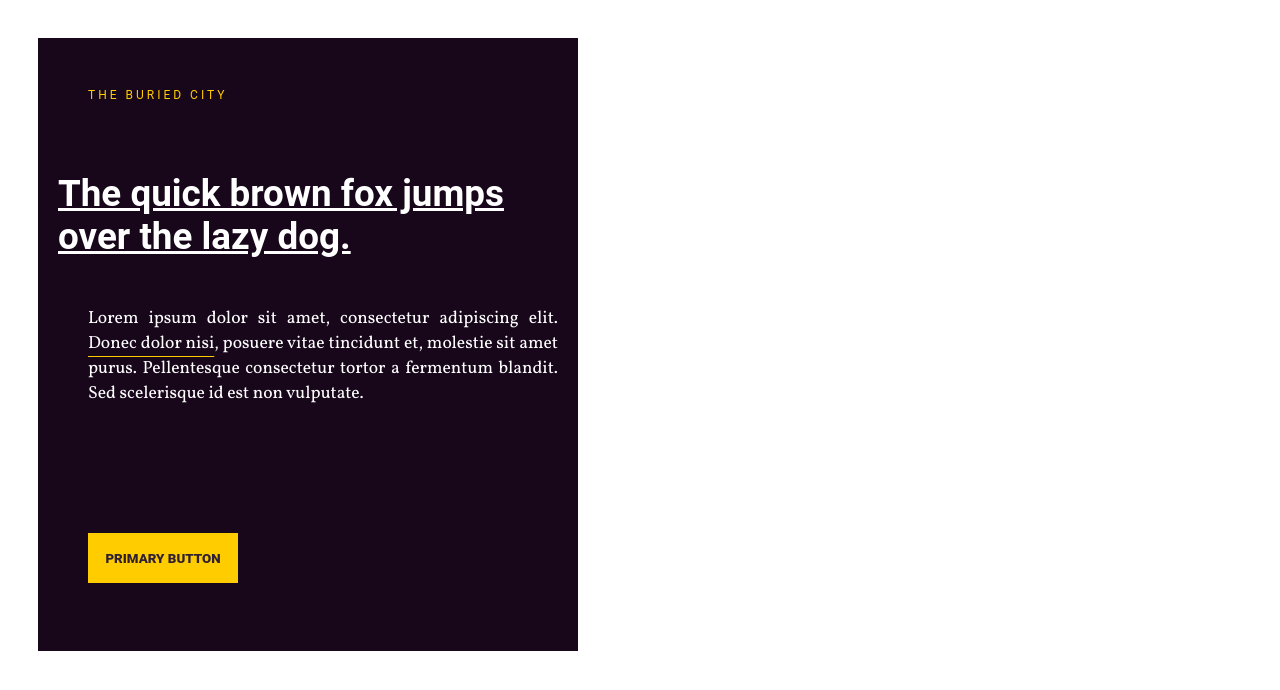
Repository: rafigabriel/TP2---Web-I
Page: ex03-css/index.html
An editor plug-in stored every save of this project. The page is shown before and after a run of saves, followed by the edit.
The browser window is 1280 px wide. The pictures show the whole page.

Above is the page before, as saved 2024-09-09 18:09:23.

### ex03-css/index.html
<!DOCTYPE html>
<html lang="pt-br">
    <head>
        <meta charset="UTF-8">
        <meta name="viewport" content="width=device-width, initial-scale=1.0">
        <title>Exercicio 3</title>
        <link rel="stylesheet" href="style.css">
        <link rel="preconnect" href="https://fonts.googleapis.com">
        <link rel="preconnect" href="https://fonts.gstatic.com" crossorigin>
        <link
            href="https://fonts.googleapis.com/css2?family=Roboto+Condensed:ital,wght@0,100..900;1,100..900&display=swap"
            rel="stylesheet">
        <link rel="preconnect" href="https://fonts.googleapis.com">
        <link rel="preconnect" href="https://fonts.gstatic.com" crossorigin>
        <link
            href="https://fonts.googleapis.com/css2?family=Vollkorn:ital,wght@0,400..900;1,400..900&display=swap"
            rel="stylesheet">

    </head>
    <body>
        <div id="container">
            <p id="secao">The buried city</p>
            <h1>The quick brown fox jumps over the lazy dog.</h1>
            <p>Lorem ipsum dolor sit amet, consectetur adipiscing elit. <a
                    id="link"
                    href="#">Donec dolor nisi</a>, posuere vitae tincidunt et,
                molestie sit amet purus. Pellentesque consectetur tortor a
                fermentum
                blandit. Sed scelerisque id est non vulputate.</p>
            <p>
                <button>Primary button</button>
            </p>

        </div>

    </body>
</html>

### ex03-css/style.css
body{
    width: 500px;
    color: #231900;
    padding: 30px;
}

#container{
    background-color: #18071B;
    padding: 20px;
    width: 500px;
}

h1{
    font-size: 2.3em;
    font-family: "Roboto", sans-serif;
    font-style: normal;
    font-weight: 700;
    color: white;
    margin-bottom: 0;
    margin-top: 40px;
    text-decoration: underline;
}
p{
    text-align: justify;
    padding: 30px;
    padding-right: 0;
    font-family: "Vollkorn", serif;
    font-weight: 400;
    font-style: normal;
    font-size: 1.1em;
    color: white;
}

#secao{
    font-family: "Roboto", sans-serif;
    font-style: normal;
    font-weight: 400;
    font-size: 0.75em;
    color: #FFCC00;
    letter-spacing: 0.25em;
    margin-top: auto;
    text-transform: uppercase;
}

hr{
    border: 2.5px solid white;
}

#link{
    font-family: "Vollkorn", serif;
    font-weight: 400;
    color: white;
    text-decoration: underline;
    text-decoration-color: #FFCC00;
    text-decoration-thickness:1px ;
    text-underline-offset: 8px;
}

button{
    background-color: #FFCC00;
    color: #2F2032;
    width: 150px;
    height: 50px;
    border: none;
    font-weight: 800;
    margin-top: 50px;
    padding-bottom: 0;
    font-family: "Roboto", sans-serif;
    text-transform: uppercase;
    text-align: center;
}

After the next 3 saves:
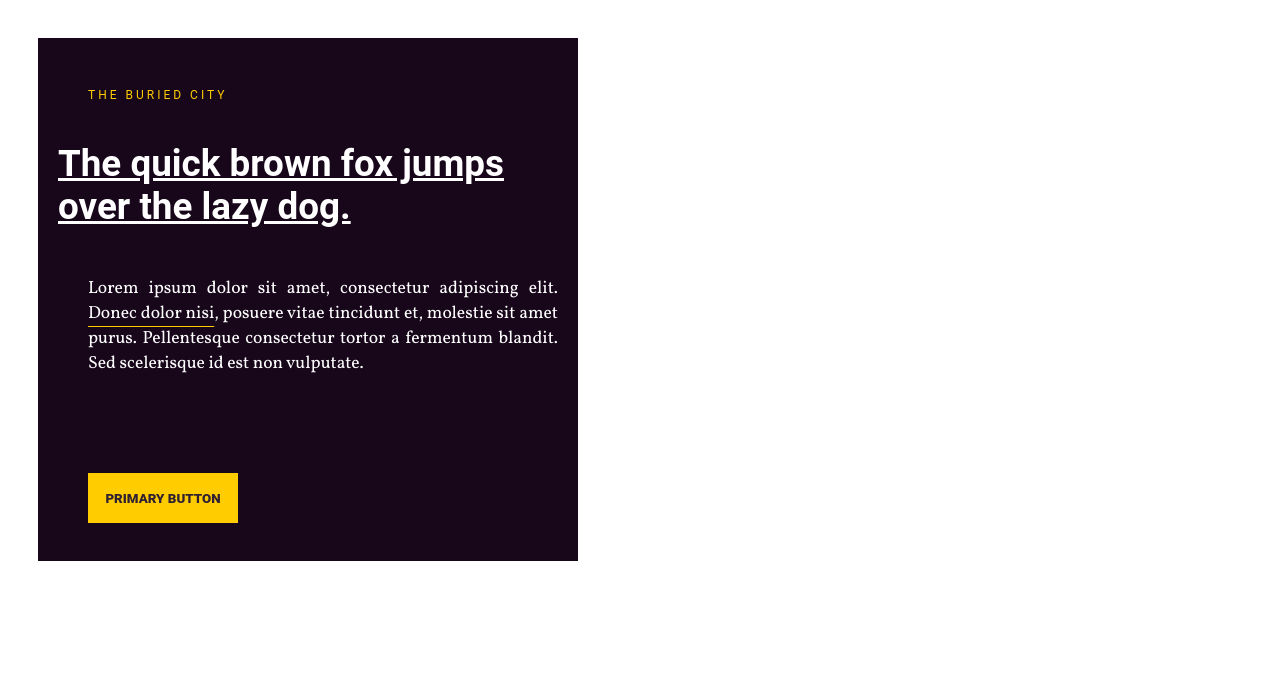
The 3 saves are shown as one change because they came seconds apart.
The last was saved 14 s later.
--- a/ex03-css/style.css
+++ b/ex03-css/style.css
@@ -24,6 +24,7 @@ p{
     text-align: justify;
     padding: 30px;
     padding-right: 0;
+    padding-bottom: 0;
     font-family: "Vollkorn", serif;
     font-weight: 400;
     font-style: normal;
